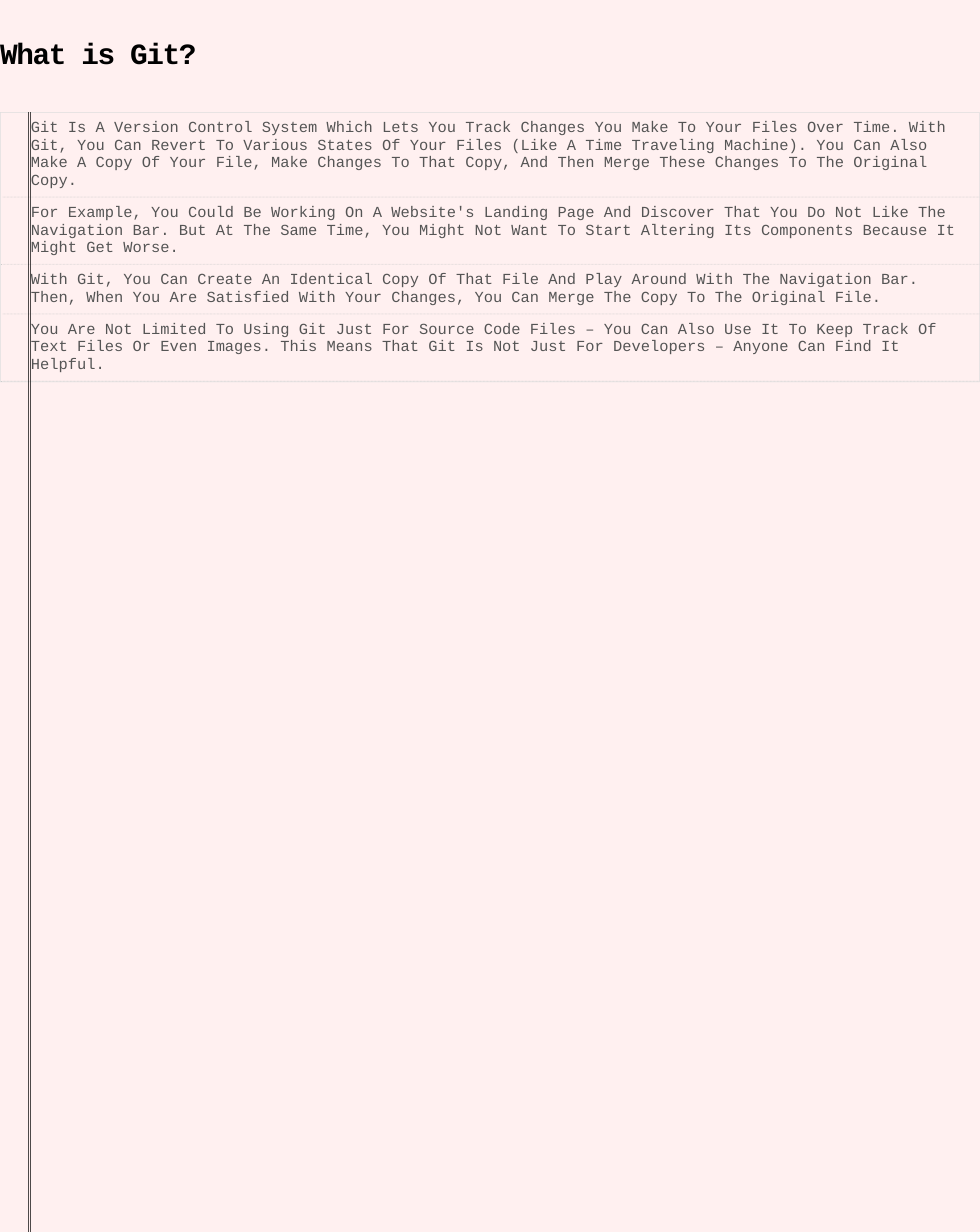
Repository: dev-singh-kanyal/Archive-git_github
Page: src/what is git.html
An editor plug-in stored every save of this project. The page is shown before and after a run of saves, followed by the edit.
The browser window is 1280 px wide. The page is 1400 px wide, so the pictures cover 1400 px, including what lies to the right of the window. The pictures show the whole page, at 70% of full size.
The pointer rests on the first visible `.lines`.
Some web fonts or font styles are not loaded; a fallback is used.

Above is the page before, as saved 2022-06-24 16:49:29.

After the next 2 saves:
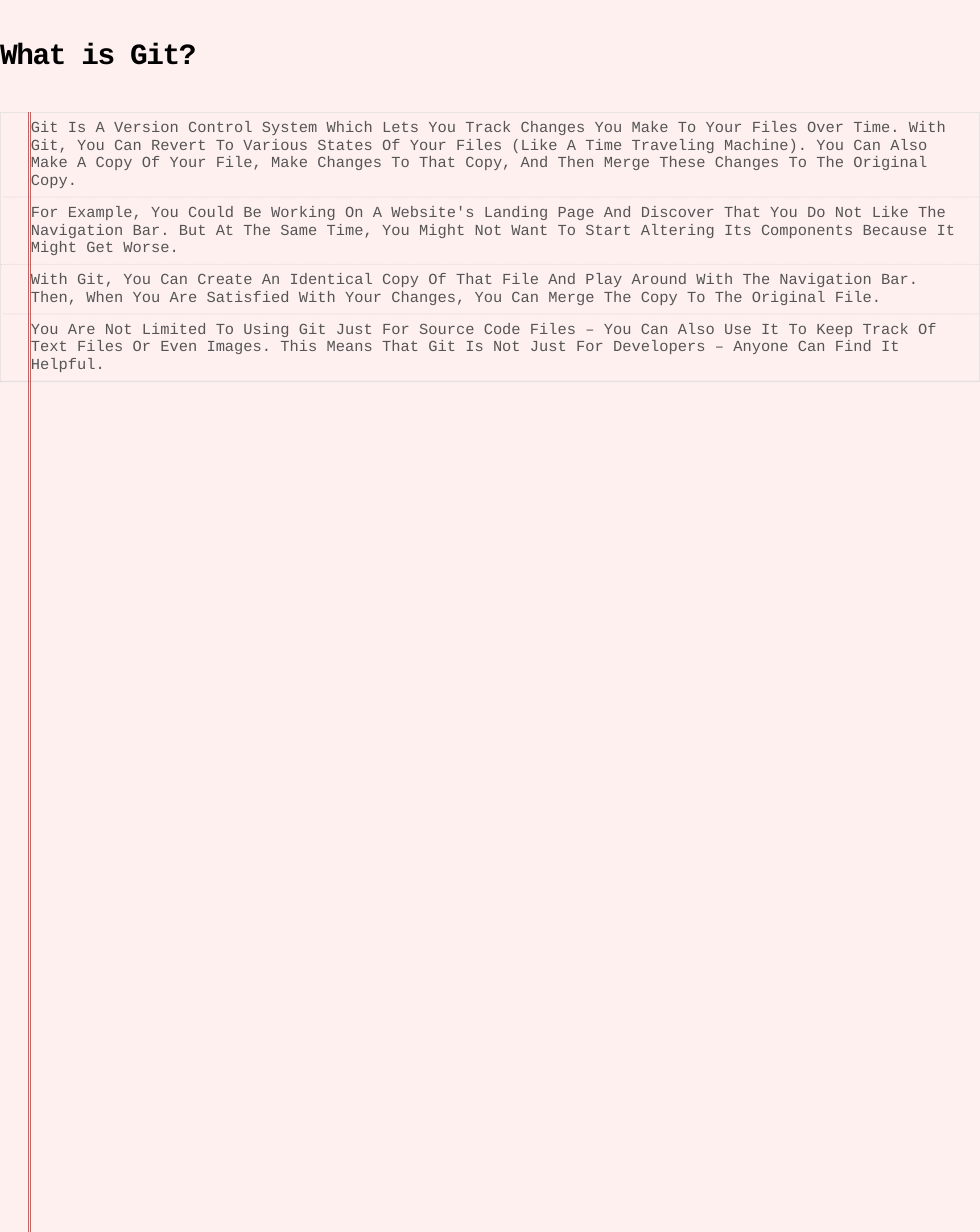
The 2 saves are shown as one change because they came seconds apart.
The last was saved 39 s later.
--- a/src/style.css
+++ b/src/style.css
@@ -51,7 +51,7 @@
     height: 1600px;
     margin-left: 40px;
   }
-  .lines:hover {
+  .list li .lines:hover {
     border-left: 1px solid #000000;
     border-right: 1px solid #000000;
   }
